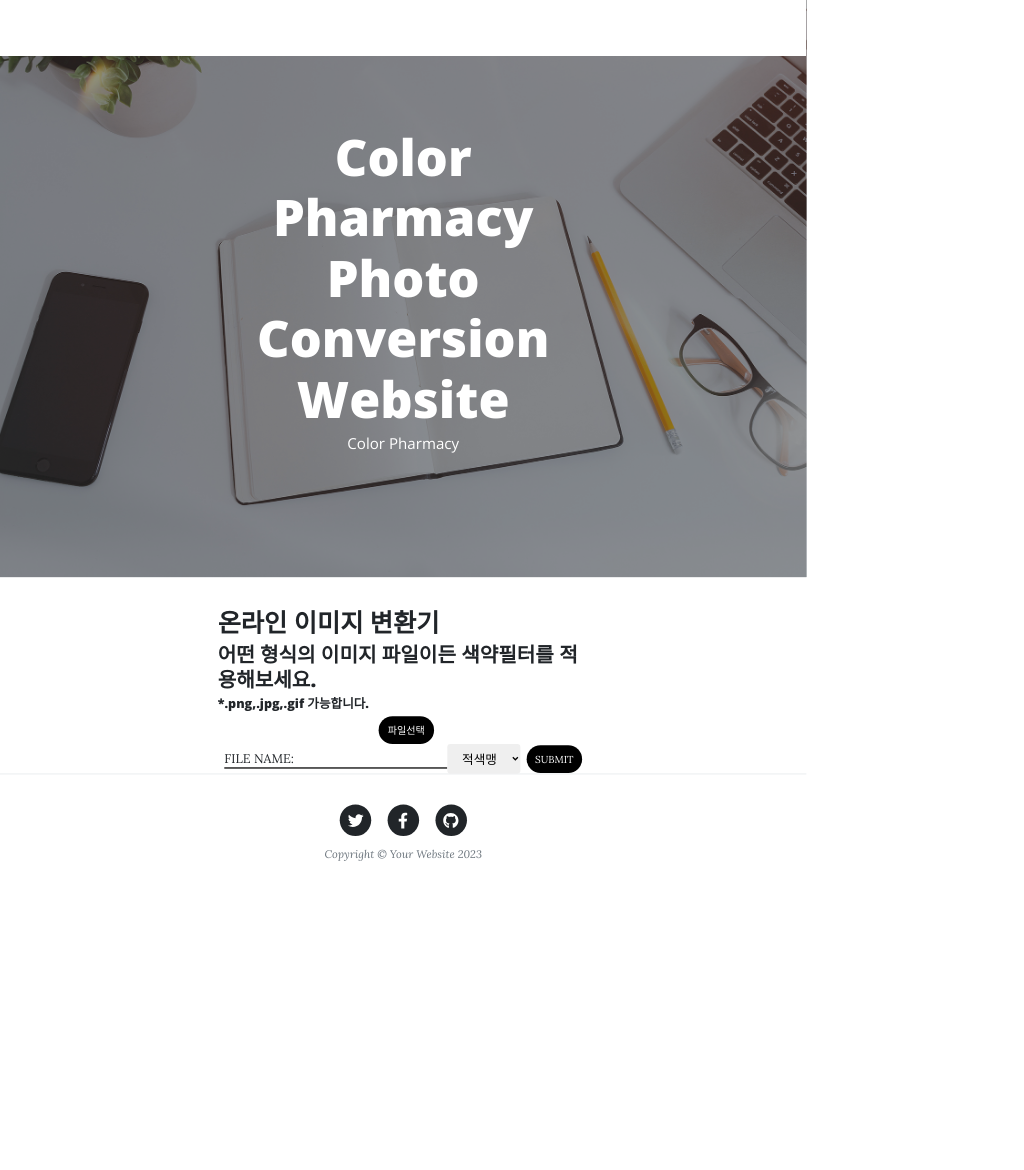
Repository: CroCrow123/Color-Blind-Weakness-Community
Page: http://localhost/index
An editor plug-in stored every save of this project. The page is shown before and after the next save, followed by the edit.
The browser window is 1280 px wide. The page is 1626 px wide, so the pictures cover 1626 px, including what lies to the right of the window. The pictures show the whole page, at 63% of full size.
Some web libraries are served in a nearby version. The page is this project's Thymeleaf template; nobody is signed in. The template is opened directly, without the code that normally fills it, so the values that code supplies are empty.

Above is the page before, as saved 2023-10-25 03:02:26.
Console error: TypeError: Cannot read properties of null (reading 'addEventListener')

### Finall/CBWWebSite/src/main/resources/templates/index.html
<!DOCTYPE html>
<html lang="en" xmlns:th="http://www.thymeleaf.org"
  xmlns:layout="http://www.ultraq.net.nz/web/thymeleaf/layout">
    <head>
        <meta charset="utf-8" />
        <meta name="viewport" content="width=device-width, initial-scale=1, shrink-to-fit=no" />
        <meta name="description" content="" />
        <meta name="author" content="" />
        <title>Color Pharmacy Photo Conversion Website</title>
        <link rel="icon" type="image/x-icon" href="/bootstrap/assets/favicon.ico" />
        <!-- Font Awesome icons (free version)-->
        <script src="https://use.fontawesome.com/releases/v6.3.0/js/all.js" crossorigin="anonymous"></script>
        <!-- Google fonts-->
        <link href="https://fonts.googleapis.com/css?family=Lora:400,700,400italic,700italic" rel="stylesheet" type="text/css" />
        <link href="https://fonts.googleapis.com/css?family=Open+Sans:300italic,400italic,600italic,700italic,800italic,400,300,600,700,800" rel="stylesheet" type="text/css" />
        <!-- Core theme CSS (includes Bootstrap)-->
        <link href="/bootstrap/css/styles.css" rel="stylesheet" />
    </head>
    <body>
        <!-- Navigation-->
        <nav class="navbar navbar-expand-lg navbar-light" id="mainNav">
            <div class="container px-4 px-lg-5">
                <a class="navbar-brand" href="index.html">Color Pharmacy Photo Conversion Website</a>
                <button class="navbar-toggler" type="button" data-bs-toggle="collapse" data-bs-target="#navbarResponsive" aria-controls="navbarResponsive" aria-expanded="false" aria-label="Toggle navigation">
                    Menu
                    <i class="fas fa-bars"></i>
                </button>
                <div class="collapse navbar-collapse" id="navbarResponsive">
                    <ul class="navbar-nav ms-auto py-4 py-lg-0">
                        <li class="nav-item"><a class="nav-link px-lg-3 py-3 py-lg-4" href="index.html">Home</a></li>
                        <li class="nav-item"><a class="nav-link px-lg-3 py-3 py-lg-4" href="about.html">About</a></li>
                        <!--<li class="nav-item"><a class="nav-link px-lg-3 py-3 py-lg-4" href="post.html">Sample Post</a></li>
                        <li class="nav-item"><a class="nav-link px-lg-3 py-3 py-lg-4" href="contact.html">Contact</a></li>-->
                    </ul>
                </div>
            </div>
        </nav>
        <!-- Page Header-->
        <header class="masthead" style="background-image: url('assets/img/home-bg.jpg')">
            <div class="container position-relative px-4 px-lg-5">
                <div class="row gx-4 gx-lg-5 justify-content-center">
                    <div class="col-md-10 col-lg-8 col-xl-7">
                        <div class="site-heading">
                            <h1>Color Pharmacy Photo Conversion Website</h1>
                            <span class="subheading">Color Pharmacy</span>
                        </div>
                    </div>
                </div>
            </div>
        </header>
        <!-- Main Content-->
        <div class="container px-4 px-lg-5">
            <div class="row gx-4 gx-lg-5 justify-content-center">
                <div class="col-md-10 col-lg-8 col-xl-7">
                    <div>
                        <h1>온라인 이미지 변환기</h1>
                        <h2>어떤 형식의 이미지 파일이든 색약필터를 적용해보세요.</h2>
                        <h5>*.png,.jpg,.gif 가능합니다.</h5>
                    </div>
                </div>
                <div class="col-md-10 col-lg-8 col-xl-7">
                    <div class="fileuploadcontainer">
                        <div class="image-upload" id="image-upload">

                            <form method="post" enctype="multipart/form-data">
                                <div class="button">
                                    <label for="chooseFile">
                                        파일선택
                                    </label>
                                </div>
                      <!--  <input type="file" accept=".png,.jpg,.gif" id="chooseFile" name="chooseFile" accept="image/*" onchange="loadFile(this)"> -->
                                <!--이미지 선택하는 기능으로 accept=".png,.jpg,.gif"부분이 .png,.jpg,.gif들 확장자만 파일 선택가능하게 해줍니다.-->
                            </form>

                            <div class="fileContainer">
                                <div class="fileInput"> <!--파일 이름 보여주는 태그입니다.-->
                                    <p>FILE NAME: </p>
                                    <p id="fileName"></p>
                                </div>

                                <select name="Colorblindnesstype" id="Colorblindnesstype"> <!--색맹 선택-->
                                <option value="PROTANOPIA">적색맹</option>
                                <option value="DEUTERANOPIA">녹색맹</option>
                                <option value="TRITANOPIA">청색맹</option>
                                </select>
                                <div class="buttonContainer"> <!--업로드한 사진 보이게하는 버튼입니다.-->
                                    <div class="submitButton" id="submitButton">SUBMIT</div>
                                </div>
                            </div>
                        </div>

                        <div class="image-show" id="image-show"></div> <!--버튼 누르면 여기서 사진이 나옵니다.-->
                    </div>
                </div>
            </div>
        </div>
        <!-- Footer-->
        <footer class="border-top">
            <div class="container px-4 px-lg-5">
                <div class="row gx-4 gx-lg-5 justify-content-center">
                    <div class="col-md-10 col-lg-8 col-xl-7">
                        <ul class="list-inline text-center">
                            <li class="list-inline-item">
                                <a href="#!">
                                    <span class="fa-stack fa-lg">
                                        <i class="fas fa-circle fa-stack-2x"></i>
                                        <i class="fab fa-twitter fa-stack-1x fa-inverse"></i>
                                    </span>
                                </a>
                            </li>
                            <li class="list-inline-item">
                                <a href="#!">
                                    <span class="fa-stack fa-lg">
                                        <i class="fas fa-circle fa-stack-2x"></i>
                                        <i class="fab fa-facebook-f fa-stack-1x fa-inverse"></i>
                                    </span>
                                </a>
                            </li>
                            <li class="list-inline-item">
                                <a href="https://github.com/CHeonNoePung/Color-Blind-Weakness-Community">
                                    <span class="fa-stack fa-lg">
                                        <i class="fas fa-circle fa-stack-2x"></i>
                                        <i class="fab fa-github fa-stack-1x fa-inverse"></i>
                                    </span>
                                </a>
                            </li>
                        </ul>
                        <div class="small text-center text-muted fst-italic">Copyright &copy; Your Website 2023</div>
                    </div>
                </div>
            </div>
        </footer>
        <!-- Bootstrap core JS-->
        <script src="https://cdn.jsdelivr.net/npm/bootstrap@5.2.3/dist/js/bootstrap.bundle.min.js"></script>
        <!-- Core theme JS-->
        <script src="/bootstrap/js/scripts.js"></script>
    </body>
</html>

### Finall/CBWWebSite/src/main/resources/static/bootstrap/js/scripts.js
/*!
* Start Bootstrap - Clean Blog v6.0.9 (https://startbootstrap.com/theme/clean-blog)
* Copyright 2013-2023 Start Bootstrap
* Licensed under MIT (https://github.com/StartBootstrap/startbootstrap-clean-blog/blob/master/LICENSE)
*/
window.addEventListener('DOMContentLoaded', () => {
    let scrollPos = 0;
    const mainNav = document.getElementById('mainNav');
    const headerHeight = mainNav.clientHeight;
    window.addEventListener('scroll', function() {
        const currentTop = document.body.getBoundingClientRect().top * -1;
        if ( currentTop < scrollPos) {
            // Scrolling Up
            if (currentTop > 0 && mainNav.classList.contains('is-fixed')) {
                mainNav.classList.add('is-visible');
            } else {
                console.log(123);
                mainNav.classList.remove('is-visible', 'is-fixed');
            }
        } else {
            // Scrolling Down
            mainNav.classList.remove(['is-visible']);
            if (currentTop > headerHeight && !mainNav.classList.contains('is-fixed')) {
                mainNav.classList.add('is-fixed');
            }
        }
        scrollPos = currentTop;
    });
})
const browseBtn = document.querySelector('.browse-btn');
const realInput = document.querySelector('#real-input');

browseBtn.addEventListener('click',()=>{
	realInput.click();
});

var submit = document.getElementById('submitButton');
submit.onclick = showImage;     //Submit 버튼 클릭시 이미지 보여주기

function showImage() {
    var newImage = document.getElementById('image-show').lastElementChild;
    newImage.style.visibility = "visible";

    document.getElementById('image-upload').style.visibility = 'hidden';

    document.getElementById('fileName').textContent = null;     //기존 파일 이름 지우기
}


function loadFile(input) {
    var file = input.files[0];

    var name = document.getElementById('fileName');
    name.textContent = file.name;

    var newImage = document.createElement("img");
    newImage.setAttribute("class", 'img');

    newImage.src = URL.createObjectURL(file);

    newImage.style.width = "70%";
    newImage.style.height = "70%";
    newImage.style.visibility = "hidden";   //버튼을 누르기 전까지는 이미지 숨기기
    newImage.style.objectFit = "contain";

    var container = document.getElementById('image-show');
    container.appendChild(newImage);
};
function filechk(){

    var fileDir="확장자를 포함한 파일명";



    if(fileDir.substring(fileDir.lastIndexOf(".")+1,fileDir.length).search("확장자명") == -1){

    alert("지정된 확장자의 파일만 업로드 가능합니다!");

    }



}

Loaded but not shown: Finall/CBWWebSite/src/main/resources/static/bootstrap/css/styles.css (library)

After the next save:
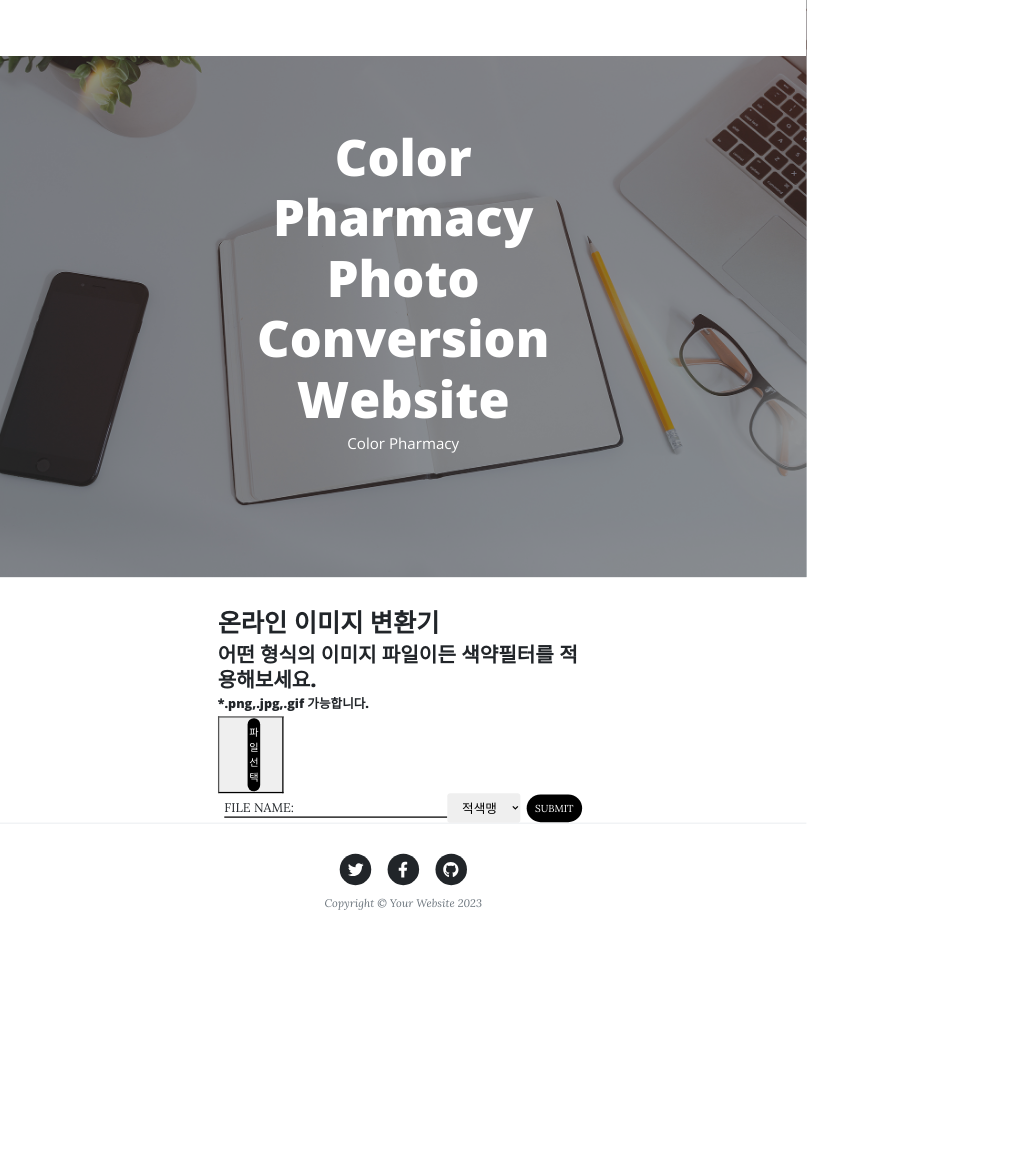
Saved 2 min 31 s later.
--- a/Finall/CBWWebSite/src/main/resources/templates/index.html
+++ b/Finall/CBWWebSite/src/main/resources/templates/index.html
@@ -63,11 +63,11 @@
                         <div class="image-upload" id="image-upload">
 
                             <form method="post" enctype="multipart/form-data">
-                                <div class="button">
+                                <button class="button">
                                     <label for="chooseFile">
                                         파일선택
                                     </label>
-                                </div>
+                                </button>
                       <!--  <input type="file" accept=".png,.jpg,.gif" id="chooseFile" name="chooseFile" accept="image/*" onchange="loadFile(this)"> -->
                                 <!--이미지 선택하는 기능으로 accept=".png,.jpg,.gif"부분이 .png,.jpg,.gif들 확장자만 파일 선택가능하게 해줍니다.-->
                             </form>
